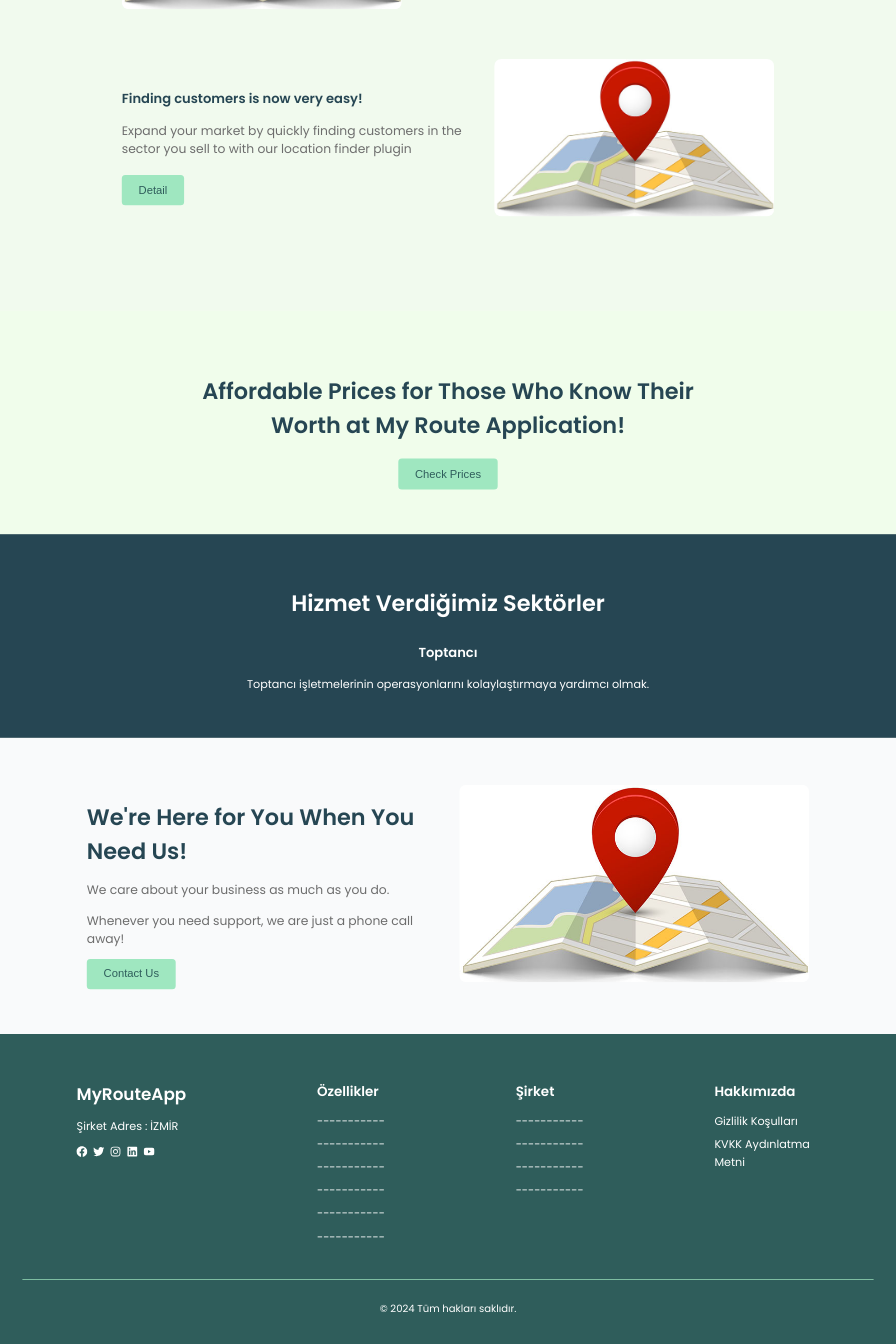
Repository: senolinanyasar/myrouteapplication
Page: /
The author's editor kept a copy of each file at every save. The page is drawn from the files as they stood at one save, then again after the next save.
The browser window is 1280 px wide. The pictures show the part of the page from y = 1733 to 3653 px (the page is 3675 px tall), at 70% of full size.
The project was rebuilt for these pictures with package versions that can differ from the ones it lists, and the page was loaded fresh each time. Also part of the build but not shown: vite.config.js.

Above is the page before, as saved 2024-11-14 20:47:11.

After the next save:
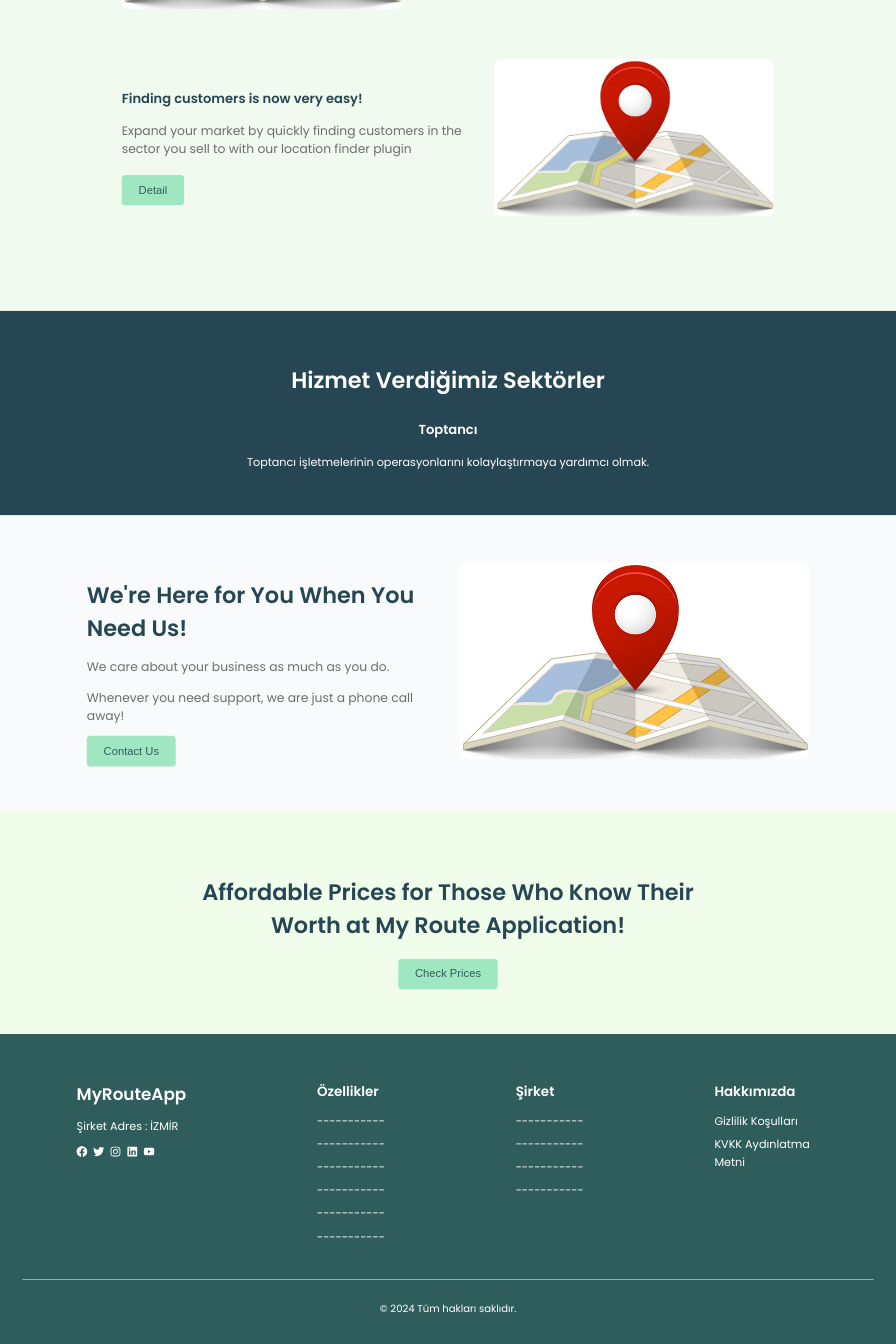
Saved 91 s later.
--- a/src/components/HomePage.js
+++ b/src/components/HomePage.js
@@ -16,9 +16,9 @@ const HomePage = () => {
             <Header />
             <HeroSection />
             <FeaturesSection />
-            <PricingSection />
             <IndustriesSection />
             <SupportSection />
+            <PricingSection />
             <Footer />
         </div>
     );
